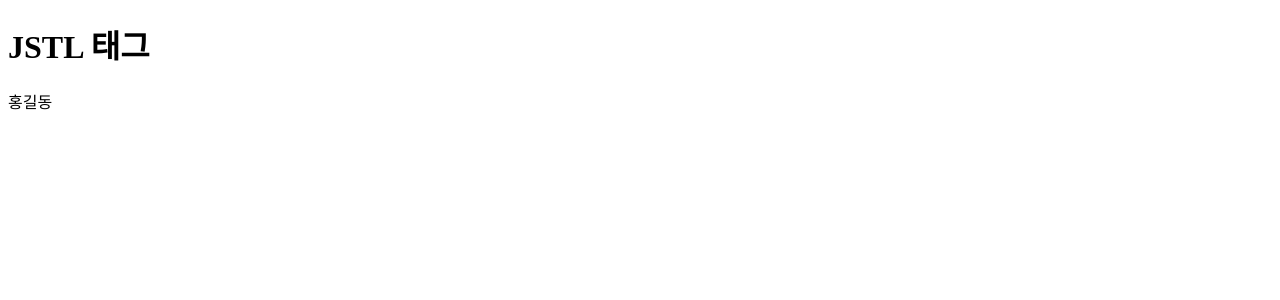
Repository: Kimth520/JSP-study
Page: http://localhost/day03/jstlTest2.jsp
These files come from the project's save history. The page is drawn as it stood at one moment and after the next save; the edit follows.
The browser window is 1280 px wide. The pictures show the whole page.
The page is served by Tomcat 9.

Above is the page before, as saved 2025-01-14 05:48:08.

After the next save:
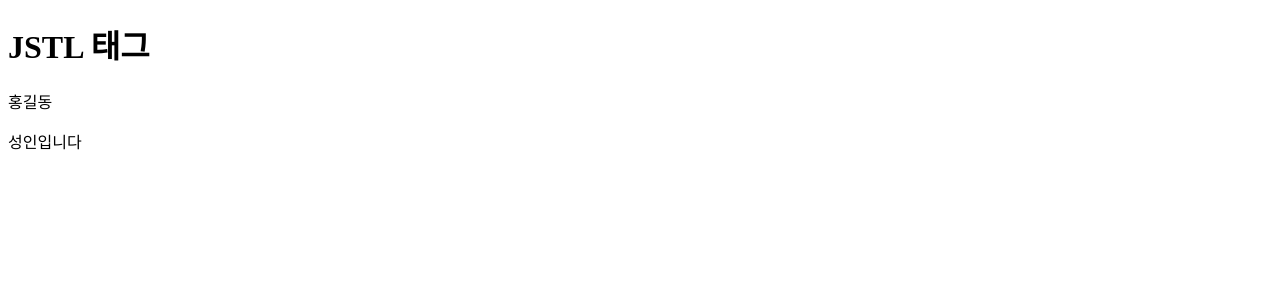
Saved 2 min 4 s later.
--- a/workspace/day03/src/main/webapp/jstlTest2.jsp
+++ b/workspace/day03/src/main/webapp/jstlTest2.jsp
@@ -15,5 +15,9 @@
 
 	<c:out value="${name}"></c:out>
 
+	<c:if test="${age >= 20}"></c:if>
+		<p>성인입니다</p>
+
+
 </body>
 </html>
